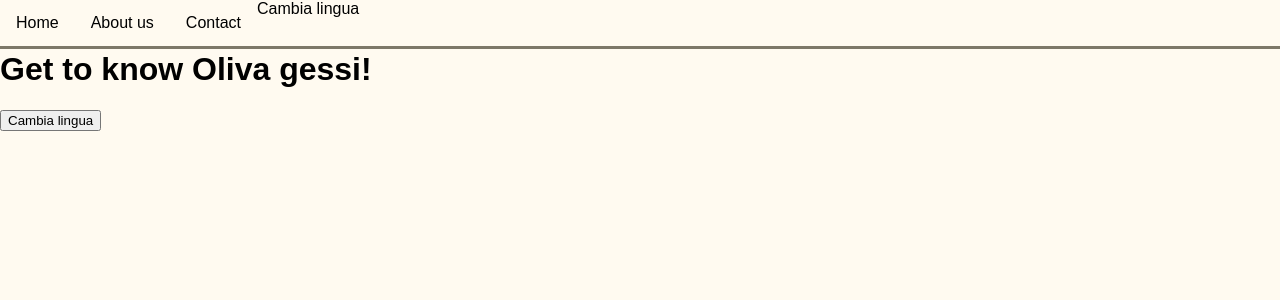
Repository: Seaside-Jokers/Oliva-gessi
Page: index.html
An editor plug-in stored every save of this project. The page is shown before and after a run of saves, followed by the edit.
The browser window is 1280 px wide. The pictures show the whole page.

Above is the page before, as saved 2026-02-16 19:25:17.

### index.html
<!DOCTYPE html>
<html lang="it">
<head>
    <meta charset="UTF-8">
    <title>Oliva gessi</title>
    <link rel="stylesheet" href="src/style.css">
</head>
<body>
    <nav class="navbar">
        <a class="nav-button" href="#" data-key="home">Home</a>
        <a class="nav-button" href="#" data-key="about">Chi siamo</a>
        <a class="nav-button" href="#" data-key="contact">Contatti</a>
        <a onclick="changeState()" data-key="change-language">
            Cambia lingua</a>
    </nav>

    <h1 data-key="titolo">Vieni a conoscere Oliva Gessi!</h1>
    <button onclick="changeState()" type="button">Cambia lingua</button>

    <!-- - - - - - - - - - - - - - - - - - - - - - - - - - - - - - - - - - - - -->
    <!--                              DO NOT TOUCH                             -->
    <!-- - - - - - - - - - - - - - - - - - - - - - - - - - - - - - - - - - - - -->
    <script src="src/database_testo.js"></script>
    <script src="src/color_scheme.js"></script>
</body>

<!-- TODO: leggi questo commento e poi eliminalo per favore: quando vuoi aggiungere un nuovo testo modificalo in src/database_testo.js -->
</html>

### src/style.css
body {
    font-family: 'Montserrat', sans-serif;
    margin: 0;
    padding: 0;
    padding-top: 30px;
    background-color: var(--colors-background);
}
.navbar {
    display: flex;
    overflow: hidden;
    background-color: var(--colors-surface);
    outline: 3px solid var(--colors-outline);
    position: fixed;
    top: 0;
    width: 100%;
}

.change-language {
    background-color: var(--colors-primary);
    color: var(--colors-onPrimary);
    border: none;
    padding: 0px, 20px;
    cursor: pointer;
    font-size: 16px;
    margin-left: auto;
}

a.nav-button {
    color: var(--colors-onSurface);
    text-decoration: none;
    padding: 14px 16px;
    display: block;
}
a.nav-button.change-language {
    background-color: var(--colors-primary);
    color: var(--colors-onPrimary);
    border: none;
    padding: 0px, 20px;
    cursor: pointer;
    font-size: 16px;
    margin-left: auto;
}

/*
    Fonts: https://ctrl-z.it/9-font-architettura-tavole-portfolio https://material-f/
    Design: foundation.github.io/material-theme-builder/
    Fonts: Playfair Display (titoli), Montserrat (testo normale)
*/

### src/database_testo.js
const traduzioni = {
    "it": {
        titolo: "Vieni a conoscere Oliva gessi!",
        home: "Home",
        about: "Chi siamo",
        contact: "Contatti"
    },
    "en": {
        titolo: "Get to know Oliva gessi!",
        home: "Home",
        about: "About us",
        contact: "Contact"
    }
}



/* -------------------------------------------------------------------------- */
/*                                DO NOT TOUCH                                */
/* -------------------------------------------------------------------------- */
var state =  getDefaultLang();

function aggiornaInterfaccia() {
    const elementi = document.querySelectorAll('[data-key]');

    elementi.forEach(el => {
        const chiave = el.getAttribute('data-key');
        const testoTradotto = traduzioni[state][chiave];

        if (testoTradotto) {
            el.textContent = testoTradotto;
        }
    });
}

/* -------------------------------------------------------------------------- */
/*                            Cambiamenti di stato                            */
/* -------------------------------------------------------------------------- */
function getDefaultLang() {
    if(navigator.language.substring(0, 2) === "en")
        return "en";

    return "it";
}
function defaultState() {
    state = getDefaultLang();
    aggiornaInterfaccia();
    return true;
}
function changeStateTo(_state) {
    if(_state !== "it" && _state !== "en") {
        defaultState();
        return;
    }
    state = _state;
    aggiornaInterfaccia();
}
function changeState() {
    if(state === "it")
        changeStateTo("en");
    else
        changeStateTo("it");
}

document.addEventListener("DOMContentLoaded", aggiornaInterfaccia);

### src/color_scheme.js
const ThemeManager = (() => {
    const colorScheme = {
        "light": {
            "primary": "hsl(50, 76%, 24%)",
            "surfaceTint": "hsl(50, 76%, 24%)",
            "onPrimary": "hsl(0, 0%, 100%)",
            "primaryContainer": "hsl(48, 89%, 75%)",
            "onPrimaryContainer": "hsl(51, 100%, 16%)",
            "secondary": "hsl(47, 23%, 33%)",
            "onSecondary": "hsl(0, 0%, 100%)",
            "secondaryContainer": "hsl(46, 60%, 84%)",
            "onSecondaryContainer": "hsl(48, 30%, 24%)",
            "tertiary": "hsl(139, 21%, 33%)",
            "onTertiary": "hsl(0, 0%, 100%)",
            "tertiaryContainer": "hsl(134, 51%, 85%)",
            "onTertiaryContainer": "hsl(141, 28%, 24%)",
            "error": "hsl(0, 75%, 42%)",
            "onError": "hsl(0, 0%, 100%)",
            "errorContainer": "hsl(6, 100%, 92%)",
            "onErrorContainer": "hsl(356, 100%, 29%)",
            "background": "hsl(39, 100%, 97%)",
            "onBackground": "hsl(44, 22%, 10%)",
            "surface": "hsl(39, 100%, 97%)",
            "onSurface": "hsl(44, 22%, 10%)",
            "surfaceVariant": "hsl(42, 38%, 87%)",
            "onSurfaceVariant": "hsl(47, 14%, 26%)",
            "outline": "hsl(46, 9%, 45%)",
            "outlineVariant": "hsl(43, 20%, 75%)",
            "shadow": "hsl(0, 0%, 0%)",
            "scrim": "hsl(0, 0%, 0%)",
            "inverseSurface": "hsl(45, 13%, 18%)",
            "inverseOnSurface": "hsl(40, 57%, 93%)",
            "inversePrimary": "hsl(48, 60%, 65%)",
            "primaryFixed": "hsl(48, 89%, 75%)",
            "onPrimaryFixed": "hsl(48, 100%, 7%)",
            "primaryFixedDim": "hsl(48, 60%, 65%)",
            "onPrimaryFixedVariant": "hsl(51, 100%, 16%)",
            "secondaryFixed": "hsl(46, 60%, 84%)",
            "onSecondaryFixed": "hsl(48, 78%, 7%)",
            "secondaryFixedDim": "hsl(46, 34%, 73%)",
            "onSecondaryFixedVariant": "hsl(48, 30%, 24%)",
            "tertiaryFixed": "hsl(134, 51%, 85%)",
            "onTertiaryFixed": "hsl(147, 100%, 6%)",
            "tertiaryFixedDim": "hsl(135, 29%, 74%)",
            "onTertiaryFixedVariant": "hsl(141, 28%, 24%)",
            "surfaceDim": "hsl(39, 24%, 84%)",
            "surfaceBright": "hsl(39, 100%, 97%)",
            "surfaceContainerLowest": "hsl(0, 0%, 100%)",
            "surfaceContainerLow": "hsl(40, 68%, 94%)",
            "surfaceContainer": "hsl(40, 49%, 92%)",
            "surfaceContainerHigh": "hsl(42, 37%, 89%)",
            "surfaceContainerHighest": "hsl(42, 30%, 87%)"
        },
        "light-medium-contrast": {
            "primary": "hsl(51, 100%, 13%)",
            "surfaceTint": "hsl(50, 76%, 24%)",
            "onPrimary": "hsl(0, 0%, 100%)",
            "primaryContainer": "hsl(49, 61%, 30%)",
            "onPrimaryContainer": "hsl(0, 0%, 100%)",
            "secondary": "hsl(49, 38%, 17%)",
            "onSecondary": "hsl(0, 0%, 100%)",
            "secondaryContainer": "hsl(48, 20%, 38%)",
            "onSecondaryContainer": "hsl(0, 0%, 100%)",
            "tertiary": "hsl(143, 39%, 17%)",
            "onTertiary": "hsl(0, 0%, 100%)",
            "tertiaryContainer": "hsl(139, 18%, 39%)",
            "onTertiaryContainer": "hsl(0, 0%, 100%)",
            "error": "hsl(357, 100%, 23%)",
            "onError": "hsl(0, 0%, 100%)",
            "errorContainer": "hsl(2, 68%, 48%)",
            "onErrorContainer": "hsl(0, 0%, 100%)",
            "background": "hsl(39, 100%, 97%)",
            "onBackground": "hsl(44, 22%, 10%)",
            "surface": "hsl(39, 100%, 97%)",
            "onSurface": "hsl(48, 36%, 5%)",
            "surfaceVariant": "hsl(42, 38%, 87%)",
            "onSurfaceVariant": "hsl(46, 17%, 19%)",
            "outline": "hsl(44, 12%, 30%)",
            "outlineVariant": "hsl(45, 10%, 41%)",
            "shadow": "hsl(0, 0%, 0%)",
            "scrim": "hsl(0, 0%, 0%)",
            "inverseSurface": "hsl(45, 13%, 18%)",
            "inverseOnSurface": "hsl(40, 57%, 93%)",
            "inversePrimary": "hsl(48, 60%, 65%)",
            "primaryFixed": "hsl(49, 61%, 30%)",
            "onPrimaryFixed": "hsl(0, 0%, 100%)",
            "primaryFixedDim": "hsl(51, 94%, 20%)",
            "onPrimaryFixedVariant": "hsl(0, 0%, 100%)",
            "secondaryFixed": "hsl(48, 20%, 38%)",
            "onSecondaryFixed": "hsl(0, 0%, 100%)",
            "secondaryFixedDim": "hsl(49, 25%, 29%)",
            "onSecondaryFixedVariant": "hsl(0, 0%, 100%)",
            "tertiaryFixed": "hsl(139, 18%, 39%)",
            "onTertiaryFixed": "hsl(0, 0%, 100%)",
            "tertiaryFixedDim": "hsl(139, 23%, 29%)",
            "onTertiaryFixedVariant": "hsl(0, 0%, 100%)",
            "surfaceDim": "hsl(41, 16%, 76%)",
            "surfaceBright": "hsl(39, 100%, 97%)",
            "surfaceContainerLowest": "hsl(0, 0%, 100%)",
            "surfaceContainerLow": "hsl(40, 68%, 94%)",
            "surfaceContainer": "hsl(42, 37%, 89%)",
            "surfaceContainerHigh": "hsl(39, 26%, 85%)",
            "surfaceContainerHighest": "hsl(41, 19%, 81%)"
        },
        "light-high-contrast": {
            "primary": "hsl(50, 100%, 10%)",
            "surfaceTint": "hsl(50, 76%, 24%)",
            "onPrimary": "hsl(0, 0%, 100%)",
            "primaryContainer": "hsl(50, 100%, 17%)",
            "onPrimaryContainer": "hsl(0, 0%, 100%)",
            "secondary": "hsl(49, 47%, 13%)",
            "onSecondary": "hsl(0, 0%, 100%)",
            "secondaryContainer": "hsl(48, 28%, 25%)",
            "onSecondaryContainer": "hsl(0, 0%, 100%)",
            "tertiary": "hsl(146, 52%, 13%)",
            "onTertiary": "hsl(0, 0%, 100%)",
            "tertiaryContainer": "hsl(141, 27%, 25%)",
            "onTertiaryContainer": "hsl(0, 0%, 100%)",
            "error": "hsl(357, 100%, 19%)",
            "onError": "hsl(0, 0%, 100%)",
            "errorContainer": "hsl(356, 100%, 30%)",
            "onErrorContainer": "hsl(0, 0%, 100%)",
            "background": "hsl(39, 100%, 97%)",
            "onBackground": "hsl(44, 22%, 10%)",
            "surface": "hsl(39, 100%, 97%)",
            "onSurface": "hsl(0, 0%, 0%)",
            "surfaceVariant": "hsl(42, 38%, 87%)",
            "onSurfaceVariant": "hsl(0, 0%, 0%)",
            "outline": "hsl(48, 19%, 15%)",
            "outlineVariant": "hsl(47, 13%, 27%)",
            "shadow": "hsl(0, 0%, 0%)",
            "scrim": "hsl(0, 0%, 0%)",
            "inverseSurface": "hsl(45, 13%, 18%)",
            "inverseOnSurface": "hsl(0, 0%, 100%)",
            "inversePrimary": "hsl(48, 60%, 65%)",
            "primaryFixed": "hsl(50, 100%, 17%)",
            "onPrimaryFixed": "hsl(0, 0%, 100%)",
            "primaryFixedDim": "hsl(50, 100%, 12%)",
            "onPrimaryFixedVariant": "hsl(0, 0%, 100%)",
            "secondaryFixed": "hsl(48, 28%, 25%)",
            "onSecondaryFixed": "hsl(0, 0%, 100%)",
            "secondaryFixedDim": "hsl(49, 41%, 16%)",
            "onSecondaryFixedVariant": "hsl(0, 0%, 100%)",
            "tertiaryFixed": "hsl(141, 27%, 25%)",
            "onTertiaryFixed": "hsl(0, 0%, 100%)",
            "tertiaryFixedDim": "hsl(145, 43%, 16%)",
            "onTertiaryFixedVariant": "hsl(0, 0%, 100%)",
            "surfaceDim": "hsl(41, 13%, 71%)",
            "surfaceBright": "hsl(39, 100%, 97%)",
            "surfaceContainerLowest": "hsl(0, 0%, 100%)",
            "surfaceContainerLow": "hsl(40, 57%, 93%)",
            "surfaceContainer": "hsl(42, 30%, 87%)",
            "surfaceContainerHigh": "hsl(42, 21%, 82%)",
            "surfaceContainerHighest": "hsl(41, 16%, 76%)"
        },
        "dark": {
            "primary": "hsl(48, 60%, 65%)",
            "surfaceTint": "hsl(48, 60%, 65%)",
            "onPrimary": "hsl(50, 100%, 11%)",
            "primaryContainer": "hsl(51, 100%, 16%)",
            "onPrimaryContainer": "hsl(48, 89%, 75%)",
            "secondary": "hsl(46, 34%, 73%)",
            "onSecondary": "hsl(49, 42%, 15%)",
            "secondaryContainer": "hsl(48, 30%, 24%)",
            "onSecondaryContainer": "hsl(46, 60%, 84%)",
            "tertiary": "hsl(135, 29%, 74%)",
            "onTertiary": "hsl(146, 47%, 15%)",
            "tertiaryContainer": "hsl(141, 28%, 24%)",
            "onTertiaryContainer": "hsl(134, 51%, 85%)",
            "error": "hsl(6, 100%, 84%)",
            "onError": "hsl(357, 100%, 21%)",
            "errorContainer": "hsl(356, 100%, 29%)",
            "onErrorContainer": "hsl(6, 100%, 92%)",
            "background": "hsl(48, 31%, 6%)",
            "onBackground": "hsl(42, 30%, 87%)",
            "surface": "hsl(48, 31%, 6%)",
            "onSurface": "hsl(42, 30%, 87%)",
            "surfaceVariant": "hsl(47, 14%, 26%)",
            "onSurfaceVariant": "hsl(43, 20%, 75%)",
            "outline": "hsl(44, 9%, 55%)",
            "outlineVariant": "hsl(47, 14%, 26%)",
            "shadow": "hsl(0, 0%, 0%)",
            "scrim": "hsl(0, 0%, 0%)",
            "inverseSurface": "hsl(42, 30%, 87%)",
            "inverseOnSurface": "hsl(45, 13%, 18%)",
            "inversePrimary": "hsl(50, 76%, 24%)",
            "primaryFixed": "hsl(48, 89%, 75%)",
            "onPrimaryFixed": "hsl(48, 100%, 7%)",
            "primaryFixedDim": "hsl(48, 60%, 65%)",
            "onPrimaryFixedVariant": "hsl(51, 100%, 16%)",
            "secondaryFixed": "hsl(46, 60%, 84%)",
            "onSecondaryFixed": "hsl(48, 78%, 7%)",
            "secondaryFixedDim": "hsl(46, 34%, 73%)",
            "onSecondaryFixedVariant": "hsl(48, 30%, 24%)",
            "tertiaryFixed": "hsl(134, 51%, 85%)",
            "onTertiaryFixed": "hsl(147, 100%, 6%)",
            "tertiaryFixedDim": "hsl(135, 29%, 74%)",
            "onTertiaryFixedVariant": "hsl(141, 28%, 24%)",
            "surfaceDim": "hsl(48, 31%, 6%)",
            "surfaceBright": "hsl(45, 11%, 21%)",
            "surfaceContainerLowest": "hsl(47, 39%, 5%)",
            "surfaceContainerLow": "hsl(44, 22%, 10%)",
            "surfaceContainer": "hsl(49, 19%, 11%)",
            "surfaceContainerHigh": "hsl(45, 15%, 15%)",
            "surfaceContainerHighest": "hsl(46, 13%, 19%)"
        },
        "dark-medium-contrast": {
            "primary": "hsl(48, 81%, 73%)",
            "surfaceTint": "hsl(48, 60%, 65%)",
            "onPrimary": "hsl(49, 100%, 9%)",
            "primaryContainer": "hsl(49, 44%, 44%)",
            "onPrimaryContainer": "hsl(0, 0%, 0%)",
            "secondary": "hsl(46, 52%, 81%)",
            "onSecondary": "hsl(48, 56%, 11%)",
            "secondaryContainer": "hsl(47, 18%, 52%)",
            "onSecondaryContainer": "hsl(0, 0%, 0%)",
            "tertiary": "hsl(134, 44%, 83%)",
            "onTertiary": "hsl(147, 69%, 10%)",
            "tertiaryContainer": "hsl(137, 15%, 53%)",
            "onTertiaryContainer": "hsl(0, 0%, 0%)",
            "error": "hsl(7, 100%, 90%)",
            "onError": "hsl(358, 100%, 16%)",
            "errorContainer": "hsl(4, 100%, 64%)",
            "onErrorContainer": "hsl(0, 0%, 0%)",
            "background": "hsl(48, 31%, 6%)",
            "onBackground": "hsl(42, 30%, 87%)",
            "surface": "hsl(48, 31%, 6%)",
            "onSurface": "hsl(0, 0%, 100%)",
            "surfaceVariant": "hsl(47, 14%, 26%)",
            "onSurfaceVariant": "hsl(43, 31%, 84%)",
            "outline": "hsl(42, 14%, 67%)",
            "outlineVariant": "hsl(44, 9%, 55%)",
            "shadow": "hsl(0, 0%, 0%)",
            "scrim": "hsl(0, 0%, 0%)",
            "inverseSurface": "hsl(42, 30%, 87%)",
            "inverseOnSurface": "hsl(45, 15%, 15%)",
            "inversePrimary": "hsl(50, 100%, 17%)",
            "primaryFixed": "hsl(48, 89%, 75%)",
            "onPrimaryFixed": "hsl(46, 100%, 4%)",
            "primaryFixedDim": "hsl(48, 60%, 65%)",
            "onPrimaryFixedVariant": "hsl(51, 100%, 13%)",
            "secondaryFixed": "hsl(46, 60%, 84%)",
            "onSecondaryFixed": "hsl(46, 100%, 4%)",
            "secondaryFixedDim": "hsl(46, 34%, 73%)",
            "onSecondaryFixedVariant": "hsl(49, 38%, 17%)",
            "tertiaryFixed": "hsl(134, 51%, 85%)",
            "onTertiaryFixed": "hsl(143, 100%, 4%)",
            "tertiaryFixedDim": "hsl(135, 29%, 74%)",
            "onTertiaryFixedVariant": "hsl(143, 39%, 17%)",
            "surfaceDim": "hsl(48, 31%, 6%)",
            "surfaceBright": "hsl(43, 11%, 25%)",
            "surfaceContainerLowest": "hsl(40, 50%, 2%)",
            "surfaceContainerLow": "hsl(44, 21%, 10%)",
            "surfaceContainer": "hsl(49, 15%, 14%)",
            "surfaceContainerHigh": "hsl(45, 13%, 18%)",
            "surfaceContainerHighest": "hsl(42, 11%, 23%)"
        },
        "dark-high-contrast": {
            "primary": "hsl(47, 100%, 86%)",
            "surfaceTint": "hsl(48, 60%, 65%)",
            "onPrimary": "hsl(0, 0%, 0%)",
            "primaryContainer": "hsl(48, 57%, 63%)",
            "onPrimaryContainer": "hsl(44, 100%, 3%)",
            "secondary": "hsl(46, 89%, 89%)",
            "onSecondary": "hsl(0, 0%, 0%)",
            "secondaryContainer": "hsl(46, 32%, 71%)",
            "onSecondaryContainer": "hsl(44, 100%, 3%)",
            "tertiary": "hsl(134, 80%, 90%)",
            "onTertiary": "hsl(0, 0%, 0%)",
            "tertiaryContainer": "hsl(135, 28%, 72%)",
            "onTertiaryContainer": "hsl(140, 100%, 3%)",
            "error": "hsl(8, 100%, 96%)",
            "onError": "hsl(0, 0%, 0%)",
            "errorContainer": "hsl(7, 100%, 82%)",
            "onErrorContainer": "hsl(358, 100%, 7%)",
            "background": "hsl(48, 31%, 6%)",
            "onBackground": "hsl(42, 30%, 87%)",
            "surface": "hsl(48, 31%, 6%)",
            "onSurface": "hsl(0, 0%, 100%)",
            "surfaceVariant": "hsl(47, 14%, 26%)",
            "onSurfaceVariant": "hsl(0, 0%, 100%)",
            "outline": "hsl(42, 62%, 92%)",
            "outlineVariant": "hsl(42, 18%, 74%)",
            "shadow": "hsl(0, 0%, 0%)",
            "scrim": "hsl(0, 0%, 0%)",
            "inverseSurface": "hsl(42, 30%, 87%)",
            "inverseOnSurface": "hsl(0, 0%, 0%)",
            "inversePrimary": "hsl(50, 100%, 17%)",
            "primaryFixed": "hsl(48, 89%, 75%)",
            "onPrimaryFixed": "hsl(0, 0%, 0%)",
            "primaryFixedDim": "hsl(48, 60%, 65%)",
            "onPrimaryFixedVariant": "hsl(46, 100%, 4%)",
            "secondaryFixed": "hsl(46, 60%, 84%)",
            "onSecondaryFixed": "hsl(0, 0%, 0%)",
            "secondaryFixedDim": "hsl(46, 34%, 73%)",
            "onSecondaryFixedVariant": "hsl(46, 100%, 4%)",
            "tertiaryFixed": "hsl(134, 51%, 85%)",
            "onTertiaryFixed": "hsl(0, 0%, 0%)",
            "tertiaryFixedDim": "hsl(135, 29%, 74%)",
            "onTertiaryFixedVariant": "hsl(143, 100%, 4%)",
            "surfaceDim": "hsl(48, 31%, 6%)",
            "surfaceBright": "hsl(46, 8%, 30%)",
            "surfaceContainerLowest": "hsl(0, 0%, 0%)",
            "surfaceContainerLow": "hsl(49, 19%, 11%)",
            "surfaceContainer": "hsl(45, 13%, 18%)",
            "surfaceContainerHigh": "hsl(45, 11%, 22%)",
            "surfaceContainerHighest": "hsl(46, 10%, 26%)"
        }
    };

    let currentColorScheme = null;
    const STORAGE_KEY = 'user-color-scheme';
    const listeners = [];

    /**
     * Estrae il livello di contrasto dallo schema corrente
     * @param {string} scheme - Nome dello schema (es. 'dark-high-contrast')
     * @returns {string} Il livello di contrasto ('', 'medium-contrast', 'high-contrast')
     */
    function getContrastLevel(scheme) {
        if (scheme.includes('high-contrast')) return 'high-contrast';
        if (scheme.includes('medium-contrast')) return 'medium-contrast';
        return '';
    }

    /**
     * Ottiene lo schema colore preferito dal sistema operativo
     * @returns {string} 'dark' o 'light'
     */
    function getBrowserColorScheme() {
        if (window.matchMedia?.('(prefers-color-scheme: dark)').matches) {
            return 'dark';
        }
        return 'light';
    }

    /**
     * Aggiorna le variabili CSS con i colori dello schema corrente
     */
    function updateThemeColors() {
        const colors = colorScheme[currentColorScheme];
        if (!colors) {
            console.error(`Impossibile trovare i colori per lo schema: ${currentColorScheme}`);
            return;
        }

        const root = document.documentElement;

        // Applica ogni colore come variabile CSS
        for (const [key, value] of Object.entries(colors)) {
            const cssVarName = key.replace(/([A-Z])/g, '-$1').toLowerCase();
            root.style.setProperty(`--colors-${cssVarName}`, value);
        }

        // Notifica i listener del cambio tema
        notifyListeners(currentColorScheme);
    }

    /**
     * Cambia lo schema colore
     * @param {string} scheme - Nome dello schema da applicare
     * @returns {boolean} True se il cambio è avvenuto con successo
     */
    function changeColorScheme(scheme) {
        if (!colorScheme[scheme]) {
            console.error(`Schema colore non valido: ${scheme}`);
            return false;
        }

        currentColorScheme = scheme;
        updateThemeColors();

        // Salva la preferenza in localStorage
        try {
            localStorage.setItem(STORAGE_KEY, scheme);
        } catch (e) {
            console.warn('Impossibile salvare le preferenze tema:', e);
        }

        return true;
    }

    /**
     * Alterna tra modalità chiara e scura mantenendo il livello di contrasto
     */
    function toggleLightDark() {
        const isDark = currentColorScheme.startsWith('dark');
        const contrastLevel = getContrastLevel(currentColorScheme);

        const newScheme = isDark
            ? (contrastLevel ? `light-${contrastLevel}` : 'light')
            : (contrastLevel ? `dark-${contrastLevel}` : 'dark');

        changeColorScheme(newScheme);
    }

    /**
     * Imposta lo schema colore con livello di contrasto opzionale
     * @param {string} scheme - 'light' o 'dark'
     * @param {string} contrastLevel - '', 'medium-contrast' o 'high-contrast'
     */
    function setColorScheme(scheme, contrastLevel = '') {
        const fullScheme = contrastLevel ? `${scheme}-${contrastLevel}` : scheme;
        changeColorScheme(fullScheme);
    }

    /**
     * Registra un listener per i cambiamenti di tema
     * @param {Function} callback - Funzione chiamata quando il tema cambia
     * @returns {Function} Funzione per rimuovere il listener
     */
    function addThemeChangeListener(callback) {
        if (typeof callback !== 'function') {
            console.error('Il listener deve essere una funzione');
            return () => {};
        }

        listeners.push(callback);

        // Restituisce funzione per rimuovere il listener
        return () => {
            const index = listeners.indexOf(callback);
            if (index > -1) {
                listeners.splice(index, 1);
            }
        };
    }

    /**
     * Notifica tutti i listener del cambio tema
     * @param {string} newScheme - Il nuovo schema applicato
     */
    function notifyListeners(newScheme) {
        listeners.forEach(callback => {
            try {
                callback(newScheme);
            } catch (e) {
                console.error('Errore nel listener del tema:', e);
            }
        });
    }

    /**
     * Resetta le preferenze salvate e torna allo schema di sistema
     */
    function resetToSystemPreference() {
        try {
            localStorage.removeItem(STORAGE_KEY);
        } catch (e) {
            console.warn('Impossibile rimuovere le preferenze salvate:', e);
        }

        const systemScheme = getBrowserColorScheme();
        changeColorScheme(systemScheme);
    }

    /**
     * Ottiene tutti gli schemi disponibili
     * @returns {string[]} Array con i nomi di tutti gli schemi disponibili
     */
    function getAvailableSchemes() {
        return Object.keys(colorScheme);
    }

    /**
     * Verifica se lo schema corrente è scuro
     * @returns {boolean} True se il tema corrente è scuro
     */
    function isDarkMode() {
        return currentColorScheme?.startsWith('dark') ?? false;
    }

    /**
     * Inizializza il sistema di gestione temi
     */
    function init() {
        // 1. Cerca una preferenza salvata
        let savedScheme = null;
        try {
            savedScheme = localStorage.getItem(STORAGE_KEY);
        } catch (e) {
            console.warn('Impossibile leggere le preferenze tema:', e);
        }

        // 2. Usa quella salvata se valida, altrimenti usa quella del sistema
        const initialScheme = savedScheme && colorScheme[savedScheme]
            ? savedScheme
            : getBrowserColorScheme();

        changeColorScheme(initialScheme);

        // 3. Ascolta i cambiamenti di preferenza di sistema
        const mediaQuery = window.matchMedia?.('(prefers-color-scheme: dark)');
        if (mediaQuery) {
            mediaQuery.addEventListener('change', (e) => {
                // Aggiorna solo se non c'è una preferenza salvata dall'utente
                try {
                    const hasSavedPreference = localStorage.getItem(STORAGE_KEY);
                    if (!hasSavedPreference) {
                        const systemScheme = e.matches ? 'dark' : 'light';
                        const contrastLevel = getContrastLevel(currentColorScheme);
                        setColorScheme(systemScheme, contrastLevel);
                    }
                } catch (err) {
                    console.warn('Errore nella gestione del cambio tema di sistema:', err);
                }
            });
        }
    }

    // Espone l'API pubblica
    return {
        init,
        changeColorScheme,
        toggleLightDark,
        setColorScheme,
        getCurrentScheme: () => currentColorScheme,
        getAvailableSchemes,
        isDarkMode,
        addThemeChangeListener,
        resetToSystemPreference
    };
})();

// Inizializza automaticamente quando il DOM è pronto
if (document.readyState === 'loading') {
    document.addEventListener('DOMContentLoaded', ThemeManager.init);
} else {
    ThemeManager.init();
}

After the next 2 saves:
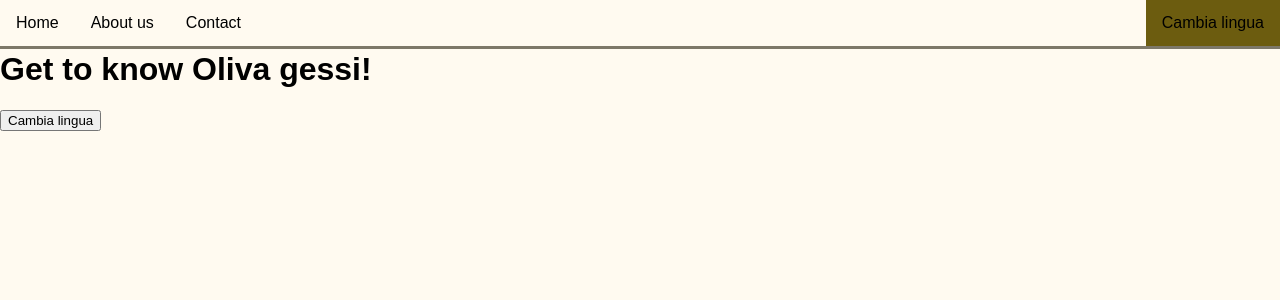
The 2 saves are shown as one change because they came seconds apart.
The last was saved 11 s later.
--- a/index.html
+++ b/index.html
@@ -10,7 +10,7 @@
         <a class="nav-button" href="#" data-key="home">Home</a>
         <a class="nav-button" href="#" data-key="about">Chi siamo</a>
         <a class="nav-button" href="#" data-key="contact">Contatti</a>
-        <a onclick="changeState()" data-key="change-language">
+        <a class="nav-button change-language" onclick="changeState()" data-key="change-language">
             Cambia lingua</a>
     </nav>
 
